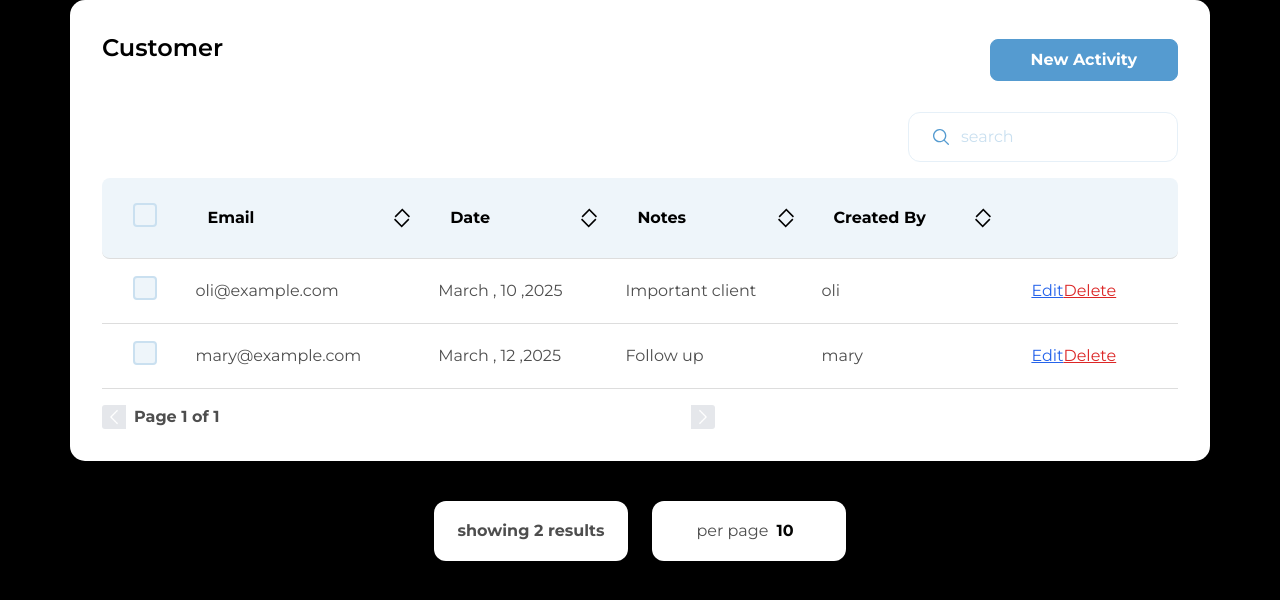
Repository: Abdelrhman-asker-smart/JsdcPIF
Page: tableAcitviy.html
An editor plug-in stored every save of this project. The page is shown before and after the next save, followed by the edit.
The browser window is 1280 px wide. The pictures show the whole page.
Some web libraries are served in a nearby version.

Above is the page before, as saved 2025-03-10 11:28:29.

After the next save:
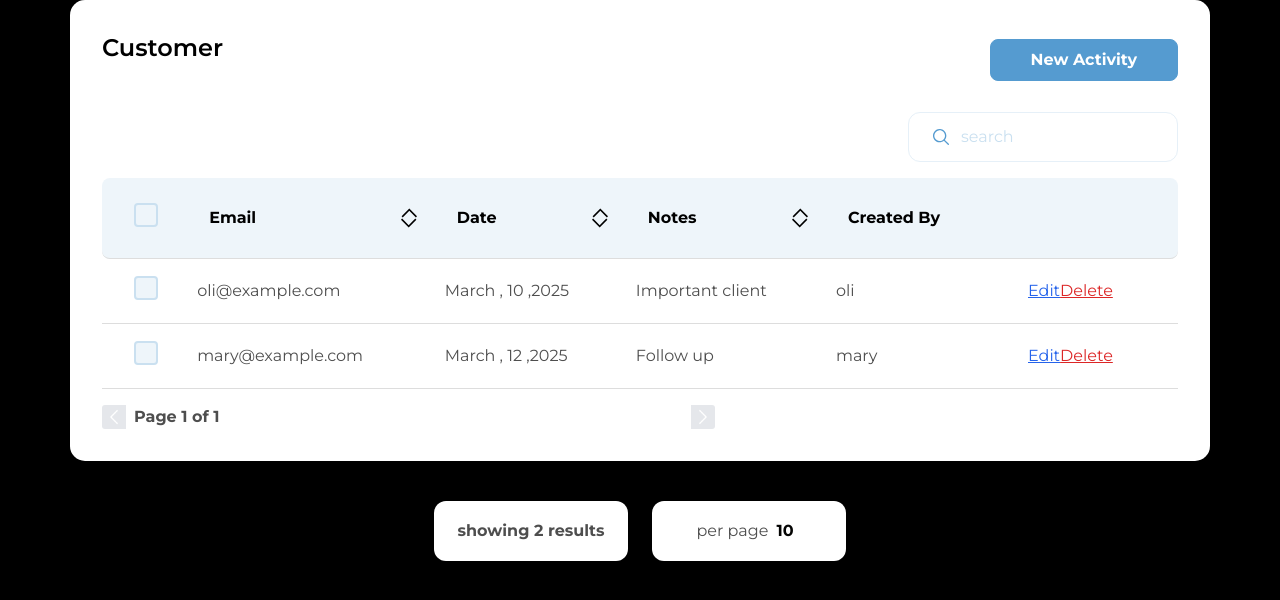
Saved 12 s later.
--- a/tableAcitviy.html
+++ b/tableAcitviy.html
@@ -205,14 +205,7 @@ New Activity            </button>
             <th class="p-2 text-left cursor-pointer sortable" data-column="createdBy">
               <div class="flex items-center justify-between">
                 <span>Created By</span>
-                <div class="flex flex-col arrows inline-flex h-[40px] justify-center">
-                  <svg class="arrow-up" width="16" style="rotate: 180deg" height="10" viewBox="0 0 16 10" fill="none" xmlns="http://www.w3.org/2000/svg">
-                    <path d="M0.000149727 1.69234L7.69246 9.38464L15.3848 1.69234L14.2886 0.615413L7.69246 7.21157L1.0963 0.615413L0.000149727 1.69234Z" fill="black" />
-                  </svg>
-                  <svg class="arrow-down" width="16" height="10" viewBox="0 0 16 10" fill="none" xmlns="http://www.w3.org/2000/svg">
-                    <path d="M0.000149727 1.69234L7.69246 9.38464L15.3848 1.69234L14.2886 0.615413L7.69246 7.21157L1.0963 0.615413L0.000149727 1.69234Z" fill="black" />
-                  </svg>
-                </div>
+
               </div>
             </th>
             <th class="p-2 text-center"></th>
